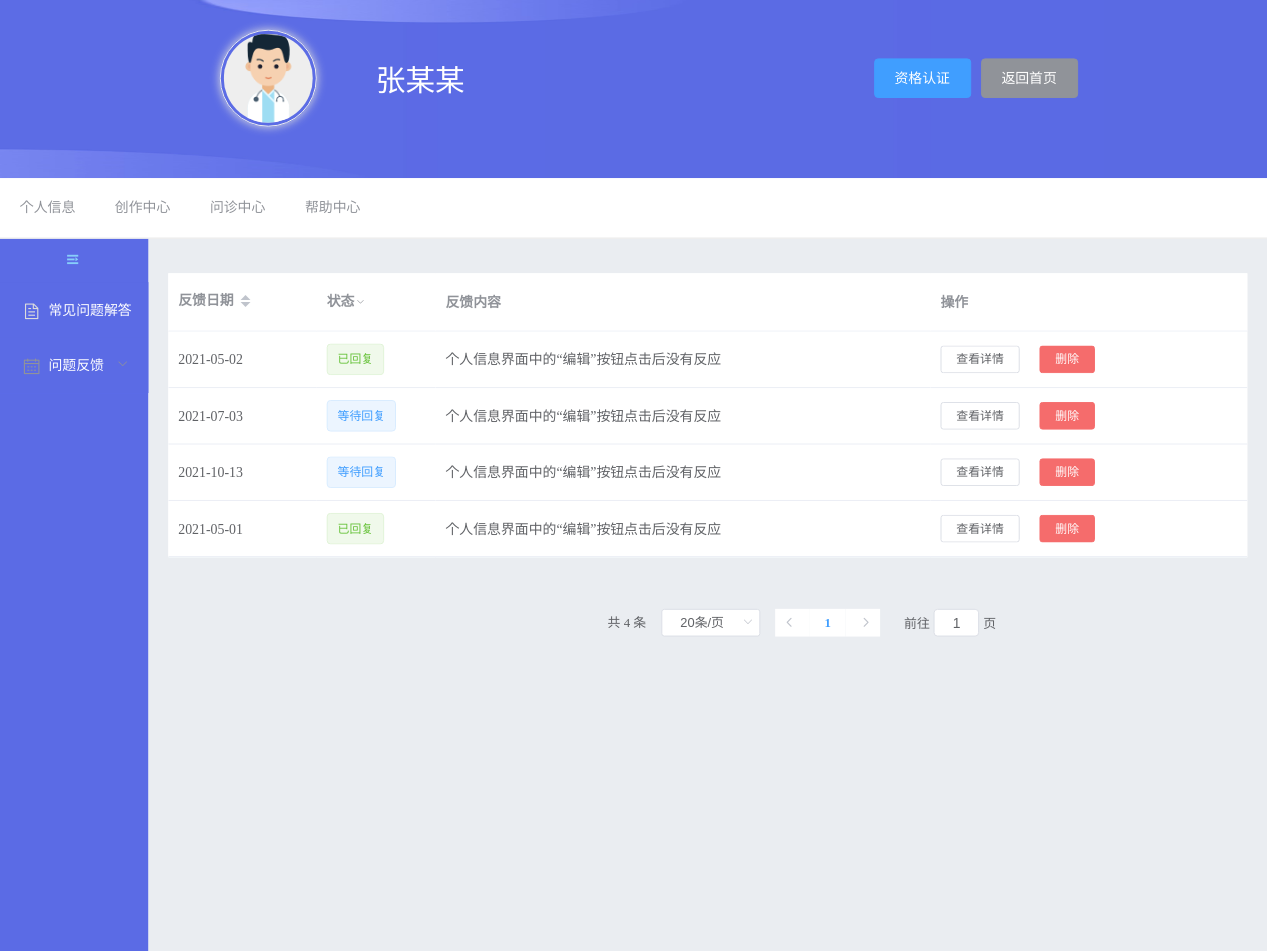
Repository: DiscreteL/SOA_Front
Page: /#/feedbackList
The author's editor kept a copy of each file at every save. The page is drawn from the files as they stood at one save, then again after the next save.
The browser window is 1280 px wide. The pictures show the whole page, at 99% of full size.
The project was rebuilt for these pictures with package versions that can differ from the ones it lists, and the page was loaded fresh each time. Also part of the build but not shown: vue.config.js, src/components/navigation.vue, src/components/dialog.vue, src/views/news.vue, src/components/announcement.vue, src/components/patientKnow.vue, src/views/Home.vue, src/views/login.vue and 15 more.

Above is the page before, as saved 2021-11-29 19:17:26.

After the next save:
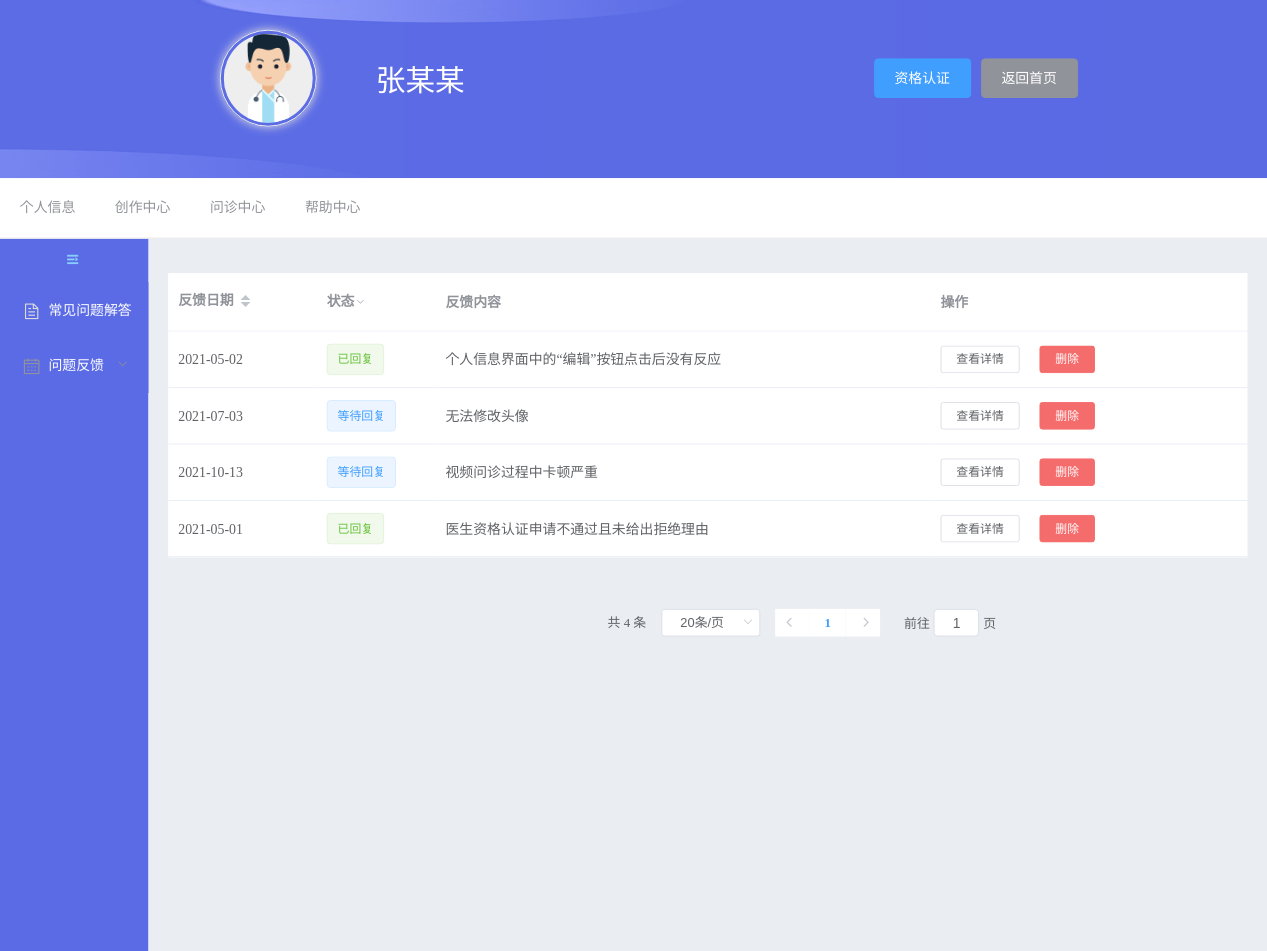
Saved 93 s later.
--- a/src/views/doctor/help/feedbackList.vue
+++ b/src/views/doctor/help/feedbackList.vue
@@ -107,17 +107,17 @@ export default {
         {
           date: "2021-07-03",
           status: "等待回复",
-          content: "个人信息界面中的“编辑”按钮点击后没有反应",
+          content: "无法修改头像",
         },
         {
           date: "2021-10-13",
           status: "等待回复",
-          content: "个人信息界面中的“编辑”按钮点击后没有反应",
+          content: "视频问诊过程中卡顿严重",
         },
         {
           date: "2021-05-01",
           status: "已回复",
-          content: "个人信息界面中的“编辑”按钮点击后没有反应",
+          content: "医生资格认证申请不通过且未给出拒绝理由",
         }
       ],
       dialogTableVisible: false,
